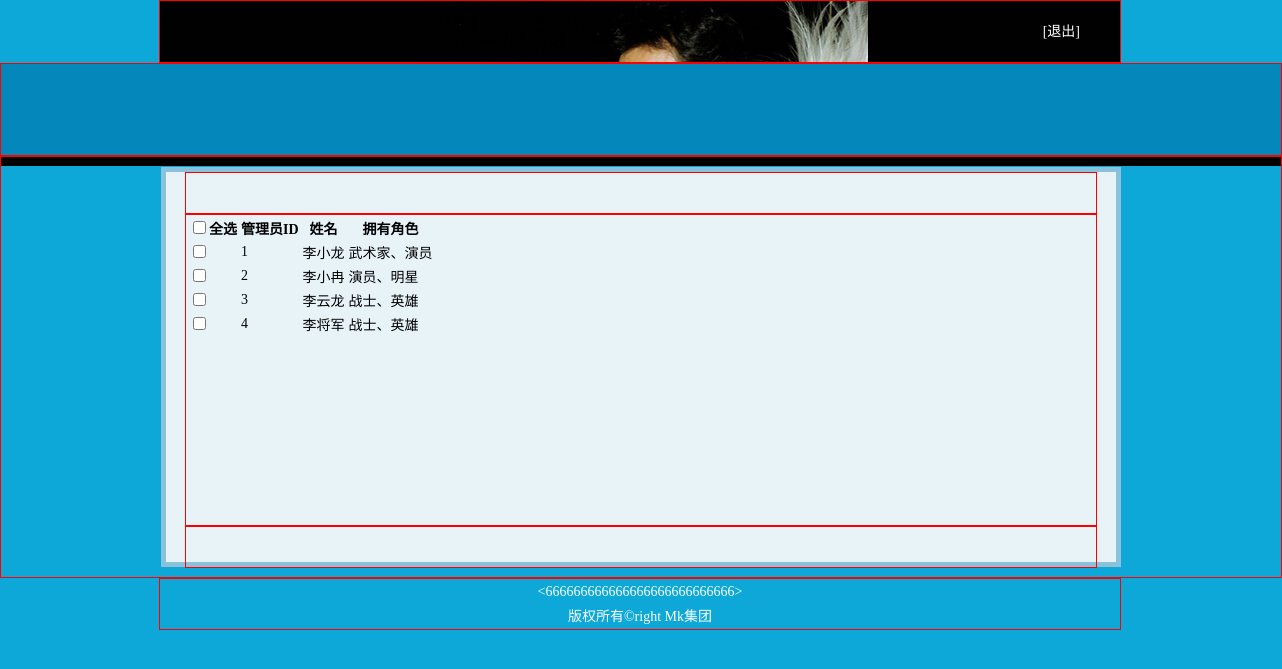
Repository: MasterKweng/workspace
Page: WebBasic/WebContent/Day02/demo6.html
An editor plug-in stored every save of this project. The page is shown before and after the next save, followed by the edit.
The browser window is 1280 px wide. The page is 1282 px wide, so the pictures cover 1282 px, including what lies to the right of the window. The pictures show the whole page.

Above is the page before, as saved 2018-01-04 08:00:12.

### WebBasic/WebContent/Day02/demo6.html
<!doctype html>
<html>
	<head>
		<title>管理员列表</title>
		<meta charset="utf-8"/>
		<style>
		/*设置页面整体布局*/
		/*body内外边距都是0*/
		body{
			background-color:#0EA8D8;
			padding:0;
			margin:0;
		}
		/*为了便于调试，设置出div边框，待完成时再去掉*/
		/*div统一设置为水平居中*/
		div {
			border:1px solid red;
			margin:0 auto;
		}
		/*分别设置各个div的宽高*/
		#logo{
			width:960px;
			height:61px;
		}
		#nav{
			width:100%;
			height:91px;
		}
		#main{
			width:100%;
			height:410px;
			padding:10px 0 0 0;
		}
		#copyright{
			width:960px;
			height:50px;
		}
		#content{
			width:950px;
			height:390px;
			border:5px solid #8ac1db;
		}
		#operate,#page{
			width:910px;
			height:40px;
		}
		#data{
			width:910px;
			height:310px;
		}
		/*设置背景色与背景图*/
		body{
			background-color:#0EA8D8;
			}
		#nav{
			background-color:#0488BB;
		}
		#content{
			background-color:#e8f3f8;
		}
		#logo{
			background-image:url(../img/leslie.jpg);
		}
		#main{
			background:url(../img/b.jpg) repeat-x top;
		}
		/*设置文本格式*/
		body{
			font-family:'微软雅黑';
			font-size:14px;
		}
		#logo,#copyright{
			color:#fff;
		}
		#logo a:link{
			color:#fff;

		}
		#logo a:visited{
			color:#fff;
		}
		#logo a{
			text-decoration:none;
			margin-right:40px;
			line-height:61px;
		}
		#logo{
			text-align:right;
		}
		#logo a:hover{
			font-weight:bold;
		}
		#copyright p{
			text-align:center;
			margin:0;
			line-height:25px;
		}
		</style>
	</head>
	<body>
		<!-- logo区 -->
		<div id="logo">
		<a href="#">[退出]</a>
		</div>
		<!-- 导航区 -->
		<div id="nav"></div>
		<!-- 核心区 -->
		<div id="main">
			<!-- 内容区 -->
			<div id="content">
				<!-- 操作区 -->
				<div id="operate"></div>
				<!-- 数据区 -->
				<div id="data">
					<table>
					<thead>
					<tr><th><input type="checkbox" id="check_all"/><label for="check_all">全选</label></th>
					<th>管理员ID</th><th>姓名</th><th>拥有角色</th><th></th></tr>
					</thead>
					<tbody>
					<tr>
					<td><input type="checkbox" id="1"/></td>
					<td>1</td><td>李小龙</td><td>武术家、演员</td>
					<td type="button" value="修改" class="modify"></td>
					</tr>
					<tr><td><input type="checkbox" id="2"/></td>
					<td>2</td><td>李小冉</td><td>演员、明星</td><td></td></tr>
					<tr><td><input type="checkbox" id="3"/></td>
					<td>3</td><td>李云龙</td><td>战士、英雄</td><td></td></tr>
					<tr><td><input type="checkbox" id="4"/></td>
					<td>4</td><td>李将军</td><td>战士、英雄</td><td></td></tr>
					</tbody>
					</table>
				</div>
				<!-- 分页区 -->
				<div id="page"></div>
			</div>
		</div>
		<!-- 版权区 -->
		<div id="copyright">
		<p>
		<666666666666666666666666666>
		</p>
		<p>
		版权所有&copyright Mk集团
		</p>
		</div>
	</body>
</html>

After the next save:
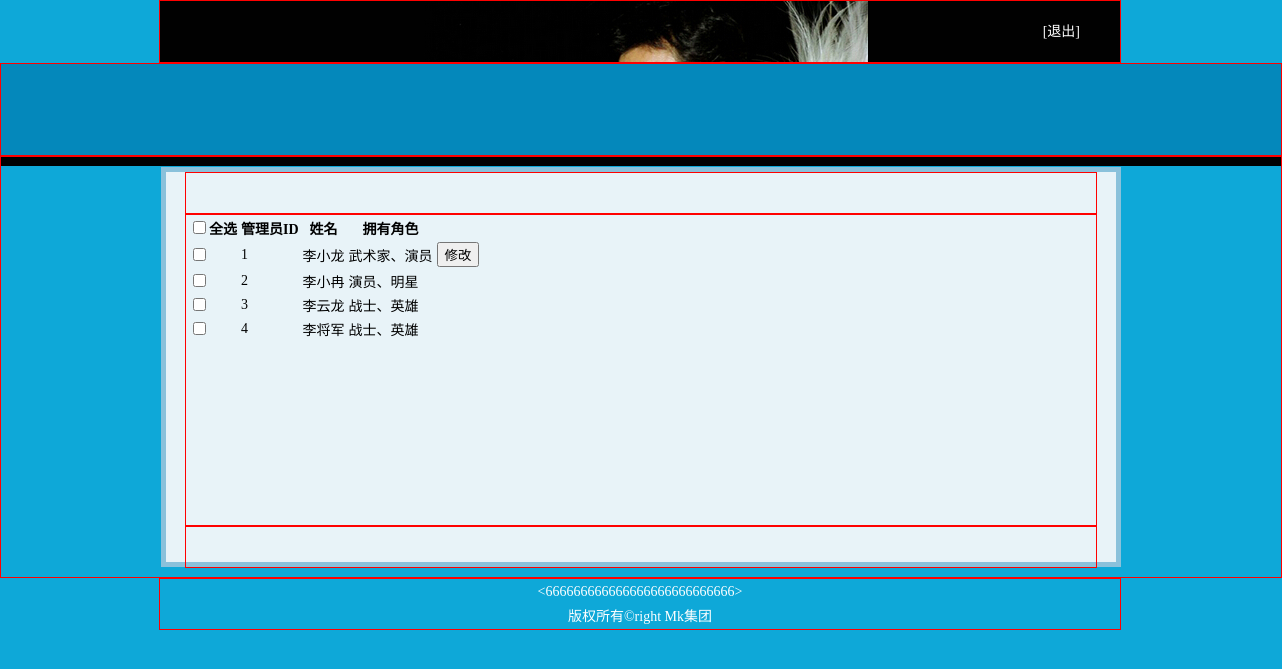
Saved 44 s later.
--- a/WebBasic/WebContent/Day02/demo6.html
+++ b/WebBasic/WebContent/Day02/demo6.html
@@ -121,7 +121,7 @@
 					<tr>
 					<td><input type="checkbox" id="1"/></td>
 					<td>1</td><td>李小龙</td><td>武术家、演员</td>
-					<td type="button" value="修改" class="modify"></td>
+					<td ><input type="button" value="修改" class="modify"/></td>
 					</tr>
 					<tr><td><input type="checkbox" id="2"/></td>
 					<td>2</td><td>李小冉</td><td>演员、明星</td><td></td></tr>
